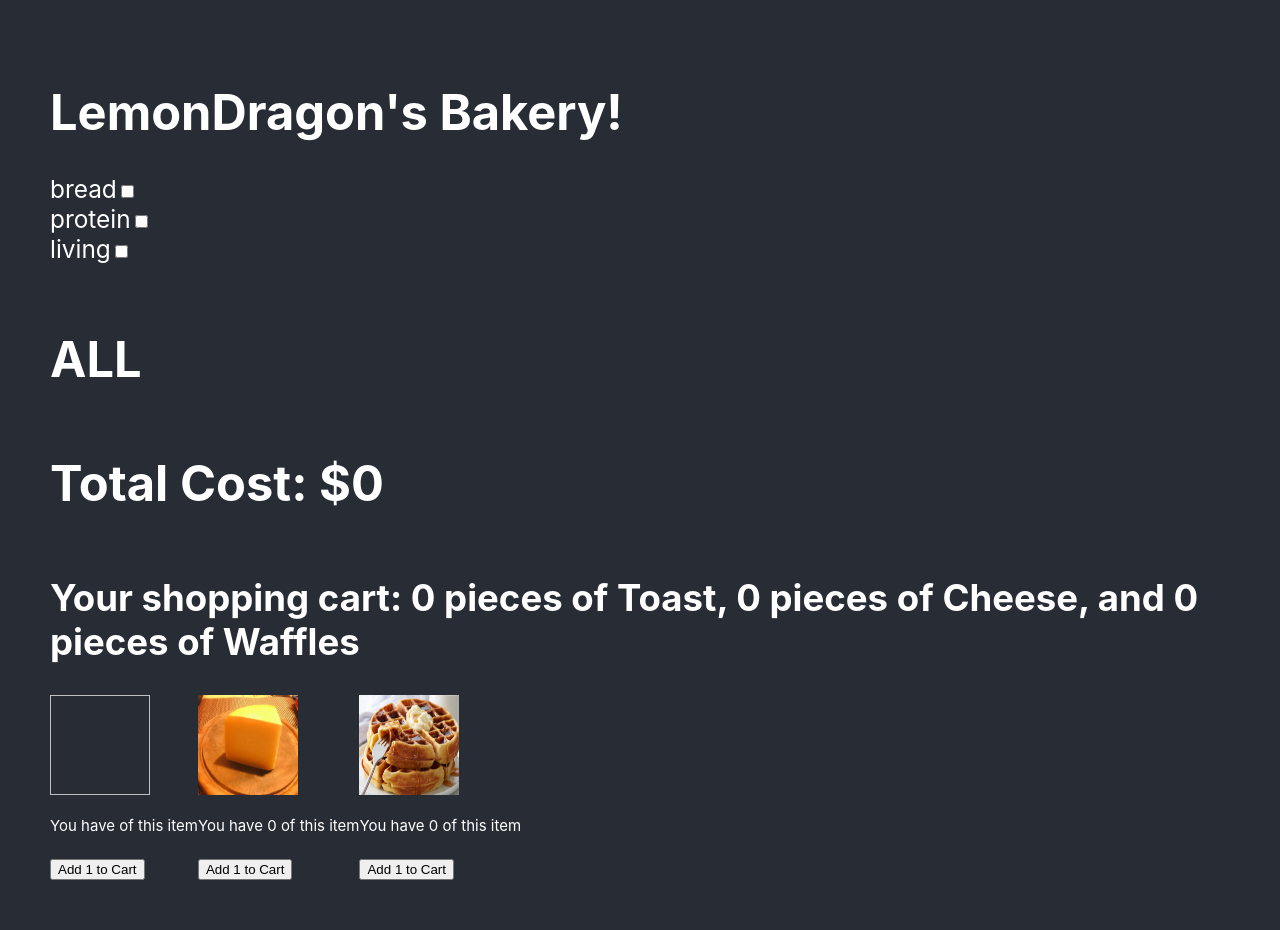
Repository: happydragon200/development
Page: /
These files come from the project's save history. The page is drawn as it stood at one moment and after a run of saves; the edit follows.
The browser window is 1280 px wide. The pictures show the whole page.
The project was rebuilt for these pictures with package versions that can differ from the ones it lists, and the page was loaded fresh each time.

Above is the page before, as saved 2022-12-02 01:46:25.

### src/App.js
import React, { useState } from 'react'
import baguette from './images/baguette.jpg'
import toast from './images/toast.png'
import cheese from './images/cheese.jpg'
import waffle from './images/waffle.jpg'
import Container from 'react-bootstrap/Container'
import Nav from 'react-bootstrap/Nav'
import Navbar from 'react-bootstrap/Navbar'
import NavDropdown from 'react-bootstrap/NavDropdown'
import './App.css'

function App() {
  return (
    <div>
      <div className="App">
        <header className="App-header">
          <h1>LemonDragon's Bakery!</h1>
          <Menu />
        </header>
      </div>
    </div>
  )
}

function FilterBar(props) {
  const { selected, changeSelected } = props

  const breadButton = FilterButton(selected, changeSelected, 'bread')
  const proteinButton = FilterButton(selected, changeSelected, 'protein')
  const livingButton = FilterButton(selected, changeSelected, 'living')

  const buttons = [breadButton, proteinButton, livingButton]

  return (
    <div>
      {buttons}
      <h1>{selected}</h1>
    </div>
  )
}

function FilterButton(selected, changeSelected, tag) {
  // const { selected, changeSelected, tag } = props
  console.log('hmm')
  console.log(selected)
  console.log(changeSelected)

  const clickChange = () => {
    console.log('The checkbox was toggled')
    if (selected.includes(tag)) {
      // const new_selected = selected.remove(tag)

      var new_selected = selected.filter(function (value, index, arr) {
        return value !== tag
      })
      changeSelected(new_selected)
    } else {
      const new_selected = [...selected]
      new_selected.push(tag)
      // console.log(new_selected)
      changeSelected(new_selected)
    }
  }

  const man = true

  return (
    <div>
      {tag}
      <input
        type="checkbox"
        id="topping"
        name="topping"
        value="Paneer"
        // checked={man}
        onChange={clickChange}
      />
    </div>
  )
}

function Menu() {
  const [selected, changeSelected] = useState([])

  const [toast_count, toast_setcount] = useState(0)
  const [cheese_count, cheese_setcount] = useState(0)
  const [waffle_count, waffle_setcount] = useState(0)

  const toast_price = 5
  const cheese_price = 10
  const waffle_price = 100

  const [type, setType] = useState('ALL')

  var foods = [
    {
      name: 'toast',
      type: 'bread',
      price: 5,
      img: { toast },
      count: { toast_count },
    },
    {
      name: 'cheese',
      type: 'protein',
      price: 10,
      img: { cheese },
      count: { cheese_count },
    },
    {
      name: 'waffle',
      type: 'bread',
      price: 100,
      img: { waffle },
      count: { waffle_count },
    },
  ]

  foods.filter(function (value, index, arr) {
    return value
  })

  const toast_comp = BakeryItem(toast, toast_count, toast_setcount)

  return (
    <>
      <FilterBar selected={selected} changeSelected={changeSelected} />
      <h1>{type}</h1>
      <h1>
        Total Cost: $
        {toast_count * toast_price +
          cheese_count * cheese_price +
          waffle_count * waffle_price}
      </h1>
      <h2>
        Your shopping cart: {toast_count} pieces of Toast, {cheese_count} pieces
        of Cheese, and {waffle_count} pieces of Waffles
      </h2>

      <div className="flex-parent">
        {toast_comp}
        <BakeryItem
          className="inline"
          img={cheese}
          count={cheese_count}
          setCount={cheese_setcount}
        />
        <BakeryItem
          className="inline"
          img={waffle}
          count={waffle_count}
          setCount={waffle_setcount}
        />
      </div>

      {/* <FilterBar
      p1={p1}
      p2={p2}
      /> */}
    </>
  )
}

function BakeryItem(prop) {
  const { img, count, setCount } = prop

  return (
    <div>
      <img src={img} className="Item-small" />
      <p className="smull">You have {count} of this item</p>
      <button onClick={() => setCount(count + 1)}>Add 1 to Cart</button>

      {count > 0 && (
        <button onClick={() => setCount(count - 1)}>Remove 1 from Cart</button>
      )}
    </div>
  )
}

export default App

### src/App.css
.App {
  /* text-align: center; */
}

.App-logo {
  height: 40vmin;
  pointer-events: none;
}

@media (prefers-reduced-motion: no-preference) {
  .App-logo {
    animation: App-logo-spin infinite 20s linear;
  }
}

.App-header {
  background-color: #282c34;
  min-height: 100vh;
  display: flex;
  flex-direction: column;
  align-items: flex-start;
  justify-content: flex-start;
  font-size: calc(10px + 2vmin);
  padding: 50px 50px 50px 50px;
  color: white;
}

.App-link {
  color: #61dafb;
}

.Item-small {
  height: 100px;
  width: 100px;
}

.inline {
  justify-content: space-around;
}

.flex-parent {
  display: flex;
  justify-content: space-around;

}

.smull {
  font-size: 15px;
}

@keyframes App-logo-spin {
  from {
    transform: rotate(0deg);
  }
  to {
    transform: rotate(360deg);
  }
}

Loaded but not shown: public/index.html (common file); src/index.js (common file); src/index.css (common file)

After the next 4 saves:
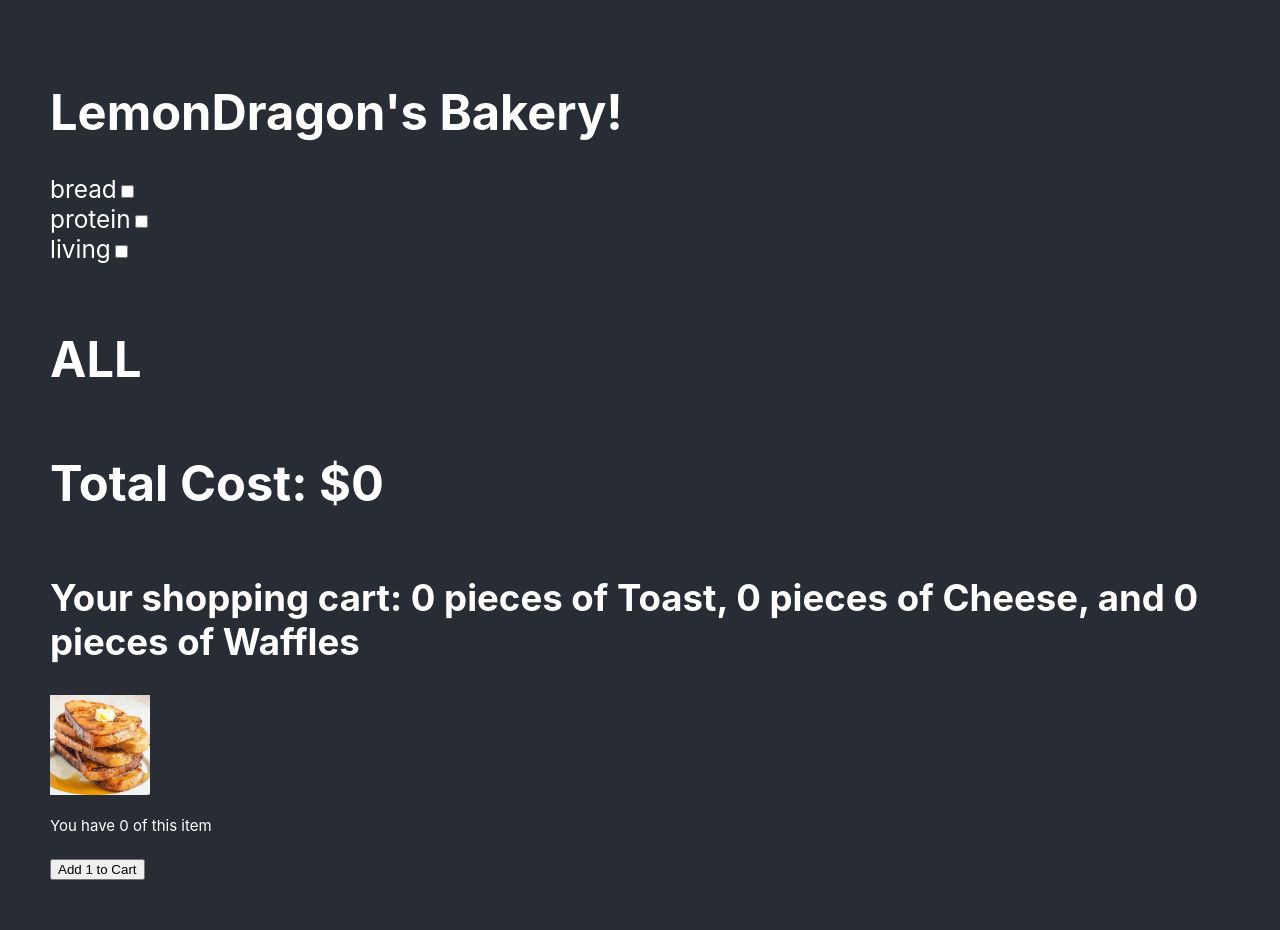
The 4 saves are shown as one change because 3 did not build or start.
The last was saved 53 s later.
--- a/src/App.js
+++ b/src/App.js
@@ -139,7 +139,7 @@ function Menu() {
 
       <div className="flex-parent">
         {toast_comp}
-        <BakeryItem
+        {/* <BakeryItem
           className="inline"
           img={cheese}
           count={cheese_count}
@@ -150,7 +150,7 @@ function Menu() {
           img={waffle}
           count={waffle_count}
           setCount={waffle_setcount}
-        />
+        /> */}
       </div>
 
       {/* <FilterBar
@@ -161,8 +161,8 @@ function Menu() {
   )
 }
 
-function BakeryItem(prop) {
-  const { img, count, setCount } = prop
+function BakeryItem(img, count, setCount) {
+  // const { img, count, setCount } = prop
 
   return (
     <div>
